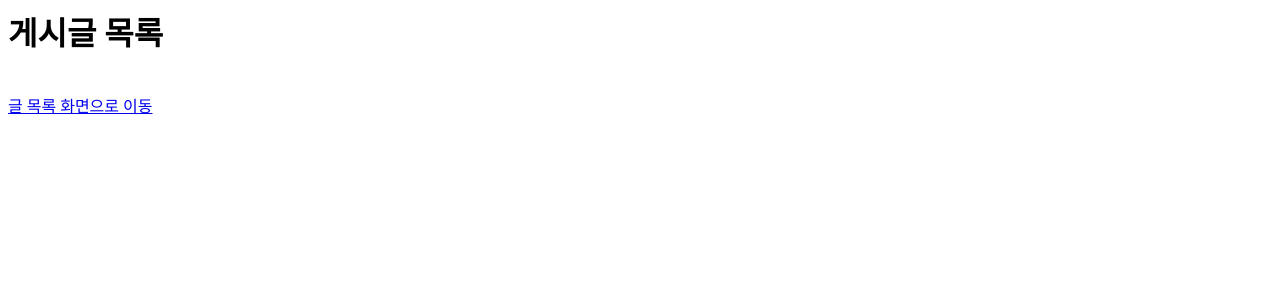
Repository: serim53/JSPStudy
Page: http://localhost/BoardWeb_Servlet_/getBoardList.do
An editor plug-in stored every save of this project. The page is shown before and after the next save, followed by the edit.
The browser window is 1280 px wide. The pictures show the whole page.
The page is served by Tomcat 10. Queries for data that is not in the repository find no rows.

Above is the page before, as saved 2025-07-08 06:56:44.

After the next save:
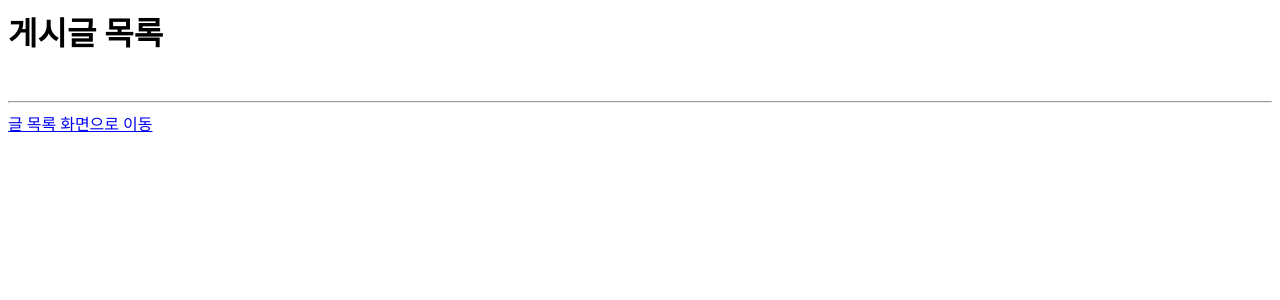
Saved 13 s later.
--- a/BoardWeb(Servlet)/src/main/java/com/multicampus/web/board/GetBoardListServlet.java
+++ b/BoardWeb(Servlet)/src/main/java/com/multicampus/web/board/GetBoardListServlet.java
@@ -27,6 +27,7 @@ public class GetBoardListServlet extends HttpServlet {
 		PrintWriter out = response.getWriter();
 
 		out.println("<h1>게시글 목록</h1><br>");
+		out.println("<hr>");
 		out.println("<a href='getBoardList.do'>글 목록 화면으로 이동</a>");
 
 		// 출력 스트림을 종료한다.
